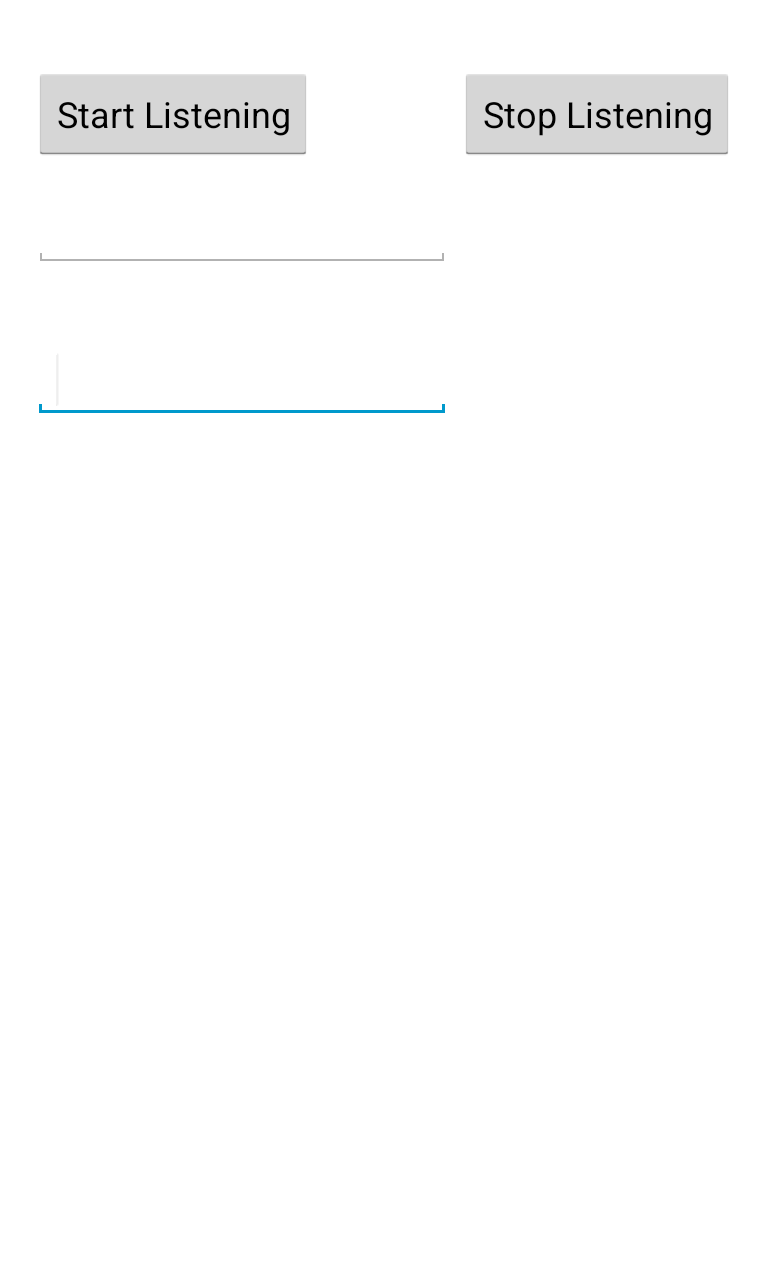
Repository: kmcgain/AutoVolume
Layout: AutoVolume/res/layout/activity_main.xml
These files come from the project's save history. The layout is drawn as it stood at one moment and after the next save; the edit follows.
It is drawn on a 768 x 1280 px phone screen (xhdpi) without system bars, with theme AppTheme; the app's code is not run.

Above is the layout before, as saved 2014-01-13 10:08:02.

### AutoVolume/res/layout/activity_main.xml
<RelativeLayout xmlns:android="http://schemas.android.com/apk/res/android"
    xmlns:tools="http://schemas.android.com/tools"
    android:layout_width="match_parent"
    android:layout_height="match_parent"
    android:paddingBottom="@dimen/activity_vertical_margin"
    android:paddingLeft="@dimen/activity_horizontal_margin"
    android:paddingRight="@dimen/activity_horizontal_margin"
    android:paddingTop="@dimen/activity_vertical_margin"
    tools:context=".MainActivity" >

    <Button
        android:id="@+id/button3"
        android:layout_width="wrap_content"
        android:layout_height="wrap_content"
        android:layout_marginTop="17dp"
        android:onClick="startListening_Click"
        android:text="Start Listening" />

    <Button
        android:id="@+id/button4"
        android:layout_width="wrap_content"
        android:layout_height="wrap_content"
        android:layout_alignBaseline="@+id/button3"
        android:layout_alignBottom="@+id/button3"
        android:layout_alignParentRight="true"
        android:onClick="stopListening_Click"
        android:text="Stop Listening" />

    <!--
   <LinearLayout android:orientation="vertical"
   android:layout_width="fill_parent"
   android:layout_height="250dip"
   android:id="@+id/graph1"
   android:layout_marginTop="150dp"/>
    -->

    <EditText
        android:id="@+id/ampDisplay"
        android:layout_width="wrap_content"
        android:layout_height="wrap_content"
        android:layout_alignLeft="@+id/button3"
        android:layout_below="@+id/button3"
        android:layout_marginTop="14dp"
        android:ems="10" />

    <EditText
        android:id="@+id/statusEditText"
        android:layout_width="wrap_content"
        android:layout_height="wrap_content"
        android:layout_alignLeft="@+id/ampDisplay"
        android:layout_below="@+id/ampDisplay"
        android:layout_marginTop="36dp"
        android:ems="10" >

        <requestFocus />
    </EditText>

</RelativeLayout>

Loaded but not shown: AutoVolume/res/values/styles.xml (common file); AutoVolume/res/values-v11/styles.xml (common file); AutoVolume/res/values-v14/styles.xml (common file); AutoVolume/res/values/dimens.xml (common file)

After the next save:
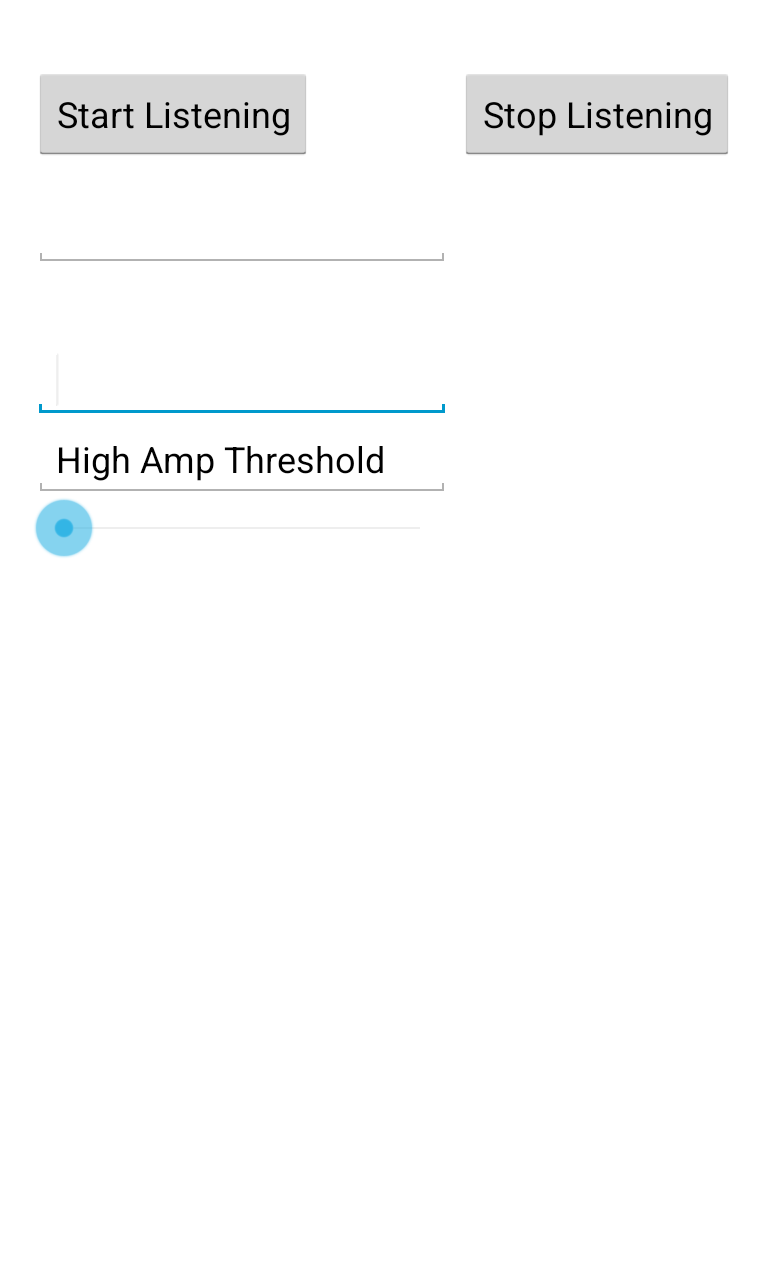
Saved 116 s later.
--- a/AutoVolume/res/layout/activity_main.xml
+++ b/AutoVolume/res/layout/activity_main.xml
@@ -55,4 +55,21 @@
         <requestFocus />
     </EditText>
 
+    <SeekBar
+        android:id="@+id/seekBar1"
+        android:layout_width="match_parent"
+        android:layout_height="wrap_content"
+        android:layout_alignRight="@+id/statusEditText"
+        android:layout_below="@+id/statusEditText"
+        android:layout_marginTop="38dp" />
+
+    <EditText
+        android:id="@+id/editText1"
+        android:layout_width="wrap_content"
+        android:layout_height="wrap_content"
+        android:layout_alignLeft="@+id/statusEditText"
+        android:layout_below="@+id/statusEditText"
+        android:ems="10"
+        android:text="High Amp Threshold" />
+
 </RelativeLayout>
